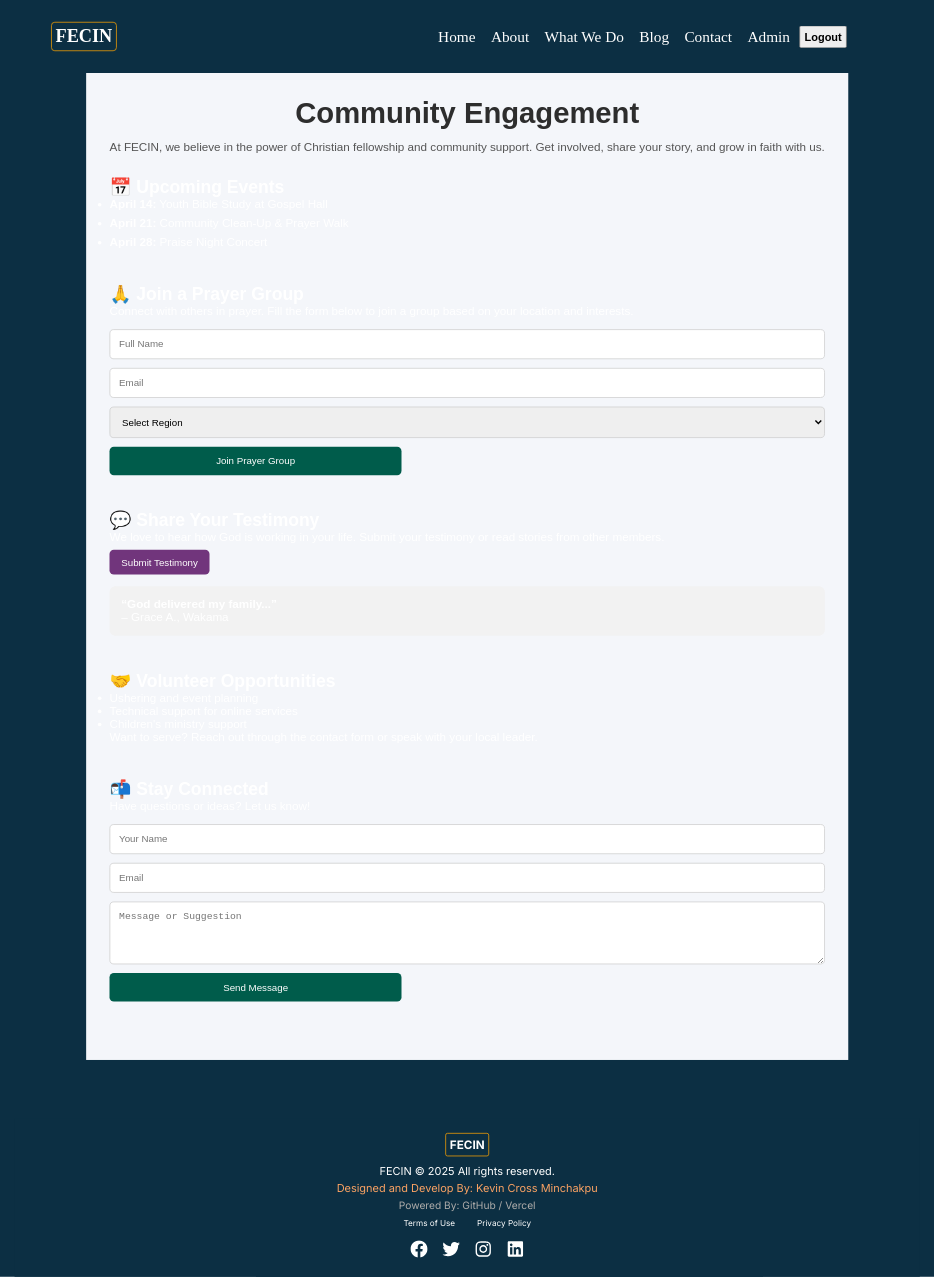
Repository: KCMinchakpu/fecin-projectgs497
Page: /community-engagement
An editor plug-in stored every save of this project. The page is shown before and after the next save, followed by the edit.
The browser window is 1280 px wide. The pictures show the whole page, at 73% of full size.
The project was rebuilt for these pictures with package versions that can differ from the ones it lists, and the page was loaded fresh each time. The framework's server and built-in components were replaced by stand-ins that run in the browser. Also part of the build but not shown: next.config.mjs.

Above is the page before, as saved 2025-04-07 12:32:59.

After the next save:
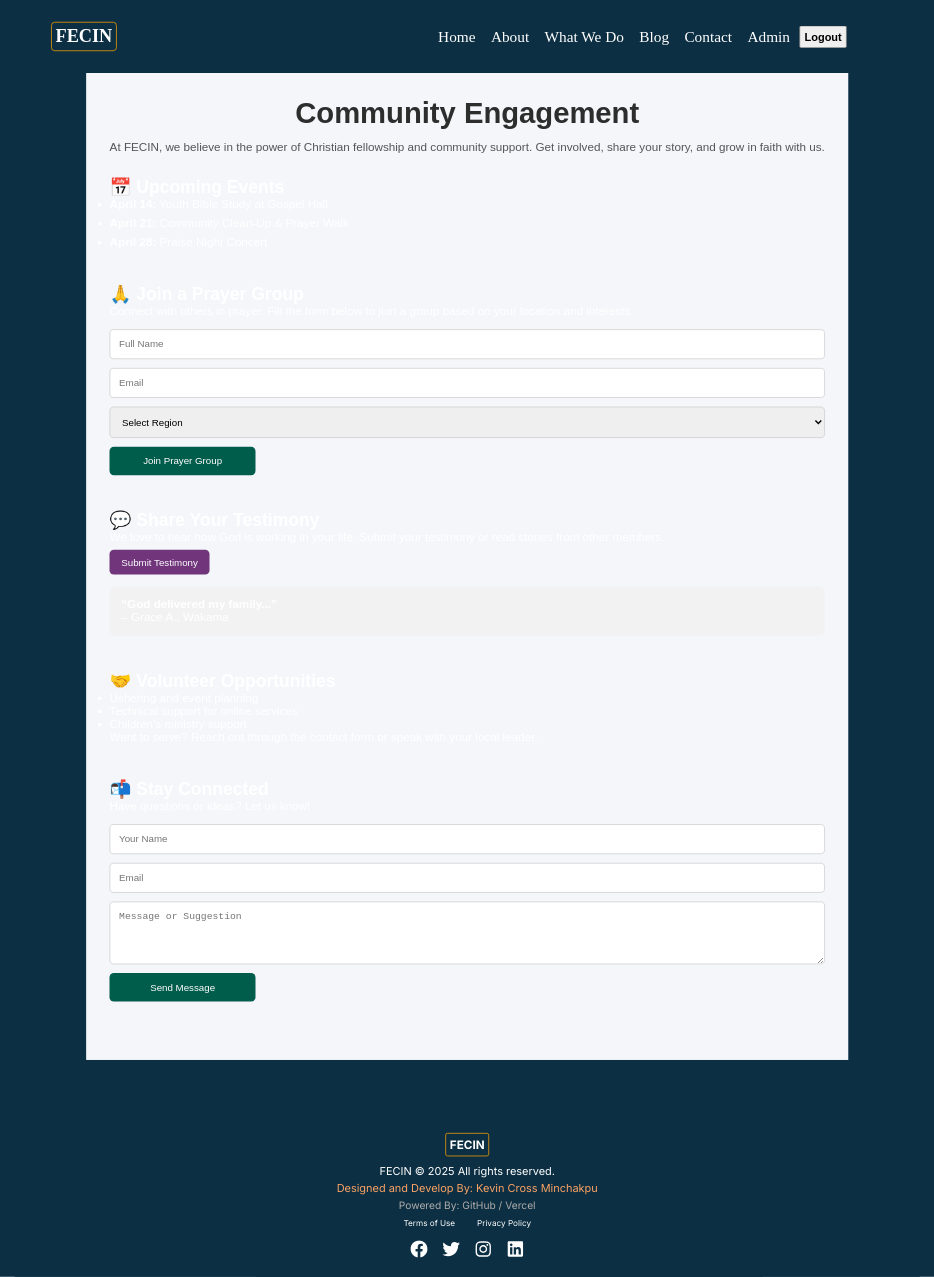
Saved 23 s later.
--- a/src/app/community-engagement/CommunityEngagement.module.css
+++ b/src/app/community-engagement/CommunityEngagement.module.css
@@ -43,7 +43,7 @@
   }
 
   .form button {
-    width: 400px;
+    width: 200px;
     background-color: #005c4b;
     color: white;
     padding: 0.75rem;
